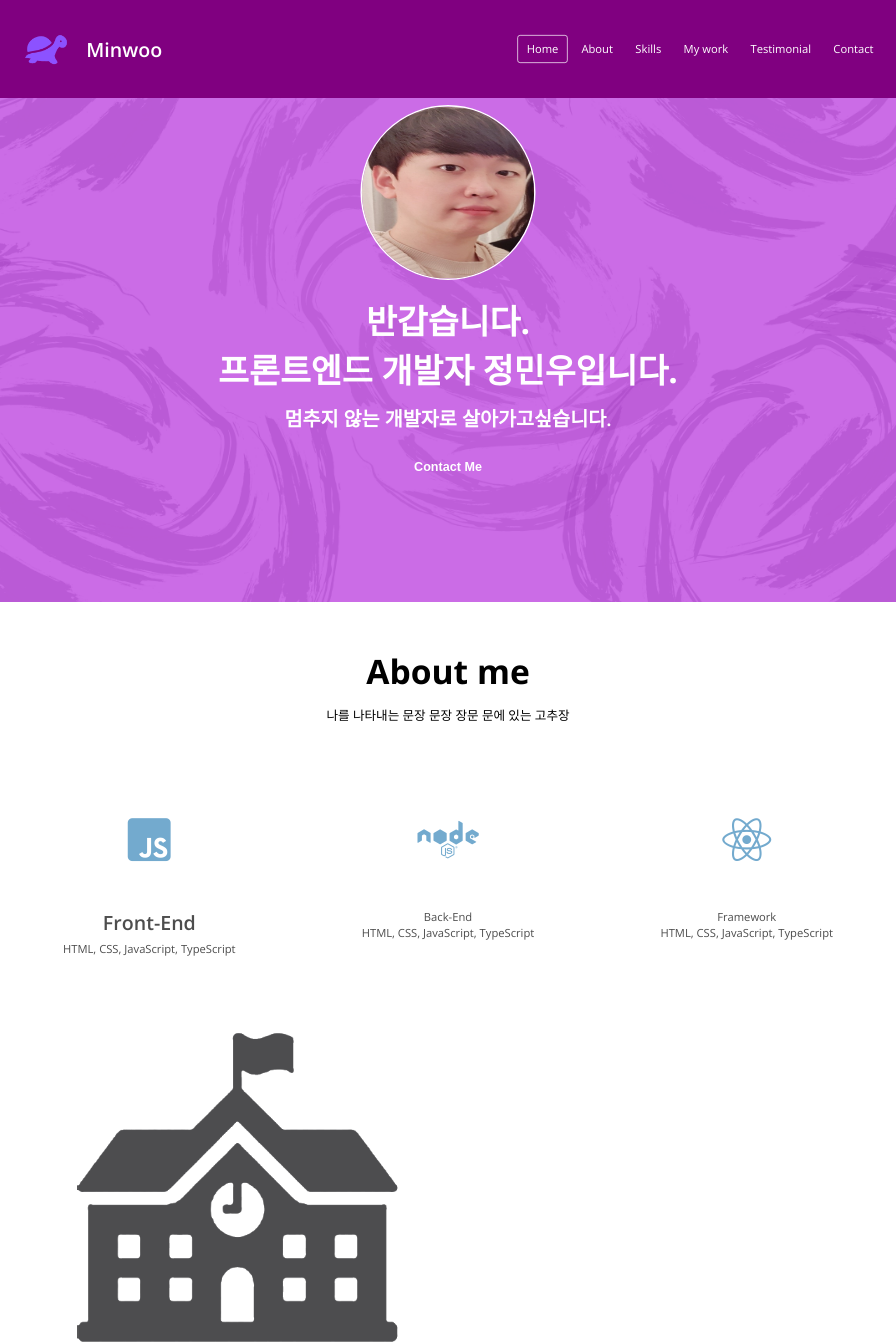
Repository: DevMinwoo-Jung/MinwooPortfolio
Page: index.html
These files come from the project's save history. The page is drawn as it stood at one moment and after the next save; the edit follows.
The browser window is 1280 px wide. The pictures show the part of the page from y = 0 to 1920 px (the page is 5419 px tall), at 70% of full size.

Above is the page before, as saved 2021-06-01 15:25:46.

After the next save:
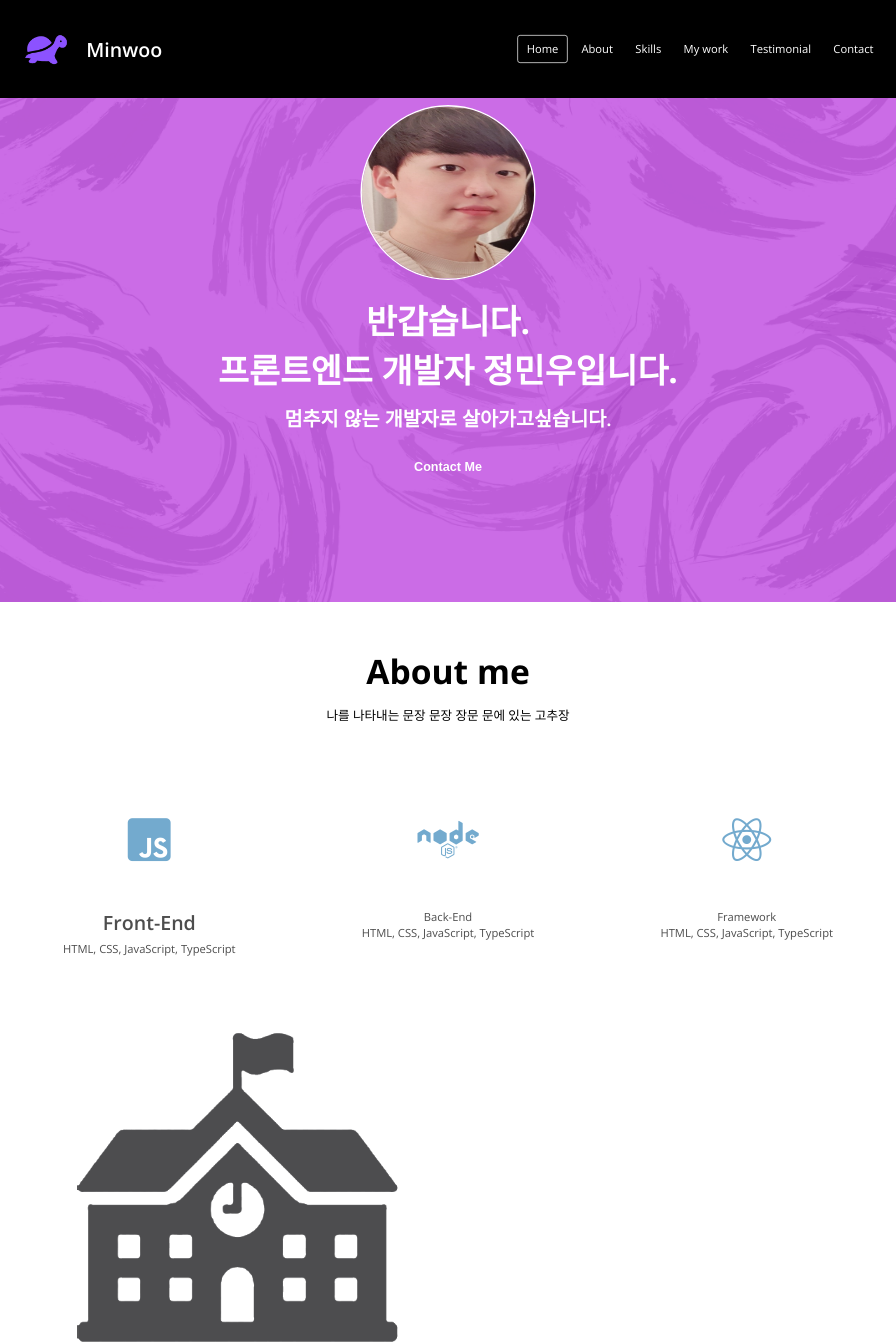
Saved 63 s later.
--- a/main.js
+++ b/main.js
@@ -16,4 +16,8 @@ function changeNav(){
 
 };
 
-changeNav();
+
+
+document.addEventListener('scroll', () => {
+  changeNav();
+});

After the save that followed:
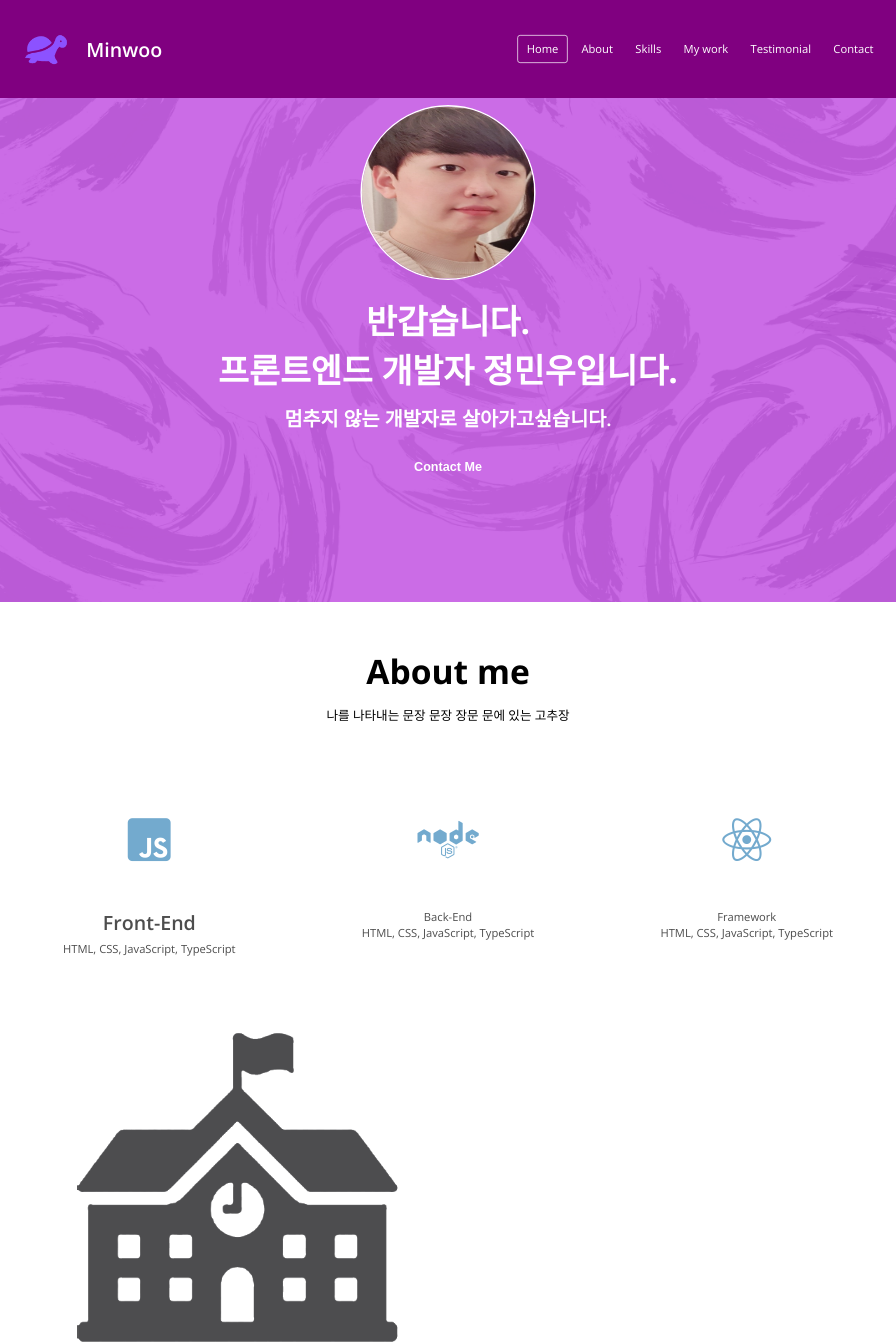
Saved 62 s later.
--- a/main.js
+++ b/main.js
@@ -10,11 +10,12 @@ function changeNav(){
   if(window.scrollY){
     document.getElementById('navbar').style.backgroundColor = "black";
     console.log(1);
-  } else if(window.scrollY < navbar){
-    console.log(2);
+  } else {
+    document.getElementById('navbar').style.backgroundColor = "purple";
   }
+};
 
-};
+
 
 
 
